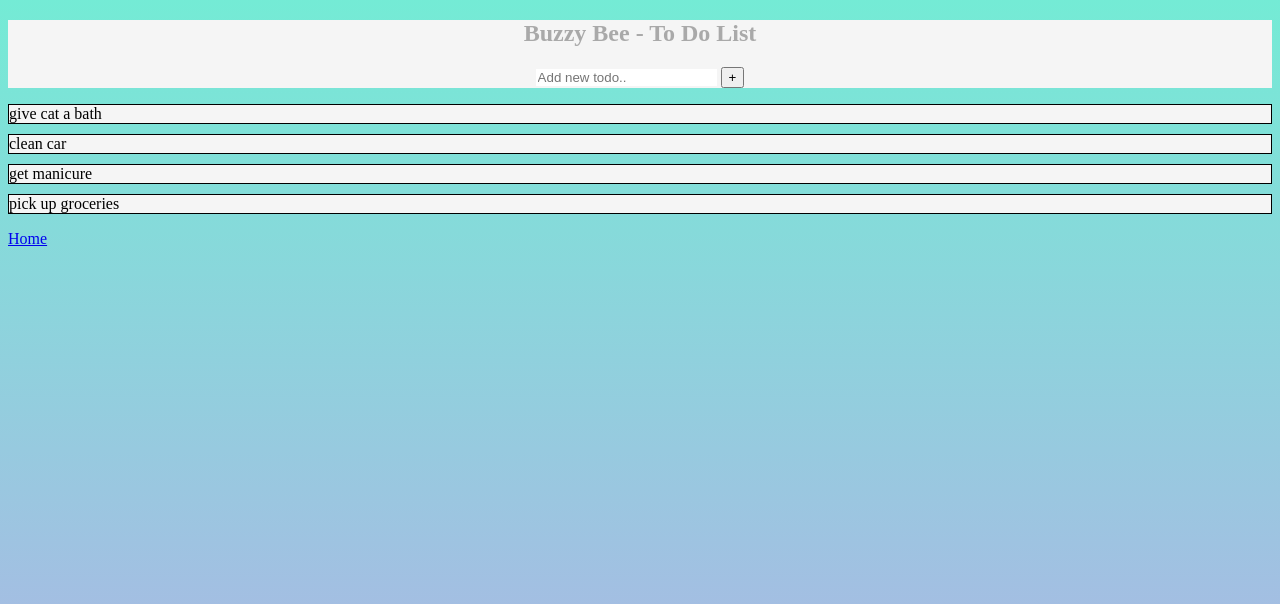
Repository: seleniadelgado/backend-spring2020-angie
Page: projects/todo/public_html/index.html
These files come from the project's save history. The page is drawn as it stood at one moment and after the next save; the edit follows.
The browser window is 1280 px wide. The pictures show the whole page.
The page's requests for data from a server got no answer.

Above is the page before, as saved 2020-05-12 16:04:59.

### projects/todo/public_html/index.html
<!DOCTYPE html>

<html lang="en">
    <head>
        <meta charset="utf-8">
        <title>Buzzy Bee - To Do List</title>
        <meta name="description" content="The HTML5 Herald">
        <meta name="author" content="SitePoint">
        <link rel="stylesheet" href="styles.css">
        <script
            src="https://code.jquery.com/jquery-3.5.0.min.js"
            integrity="sha256-xNzN2a4ltkB44Mc/Jz3pT4iU1cmeR0FkXs4pru/JxaQ="
            crossorigin="anonymous">
        </script>
</head>
<body>
    <div class="sectionTitle">
        <div class="appTitle">
            <h2>Buzzy Bee - To Do List</h2>
        </div>
        <div id="addNote">
            <input type="text" id="newNote" placeholder="Add new todo..">
            <button class="addBtn">+</button>
        </div>
    </div>

    <ul id="myList">
        <li>give cat a bath</li>
        <li>clean car</li>
        <li>get manicure</li>
        <li>pick up groceries</li>
    </ul>





















    <a href="http://localhost:3000/">Home</a>



    <script>
        $(document).ready(() => {
            let objectToSend = {
                note: "Do somethings",
                author: "Nick"
            }

            $.post("http://localhost:3000/newNote", objectToSend, (dataToGet) => {
                console.log(dataToGet);
            });
            $.post("http://localhost:3000/readNotes", {}, (dataToGet) => {
                let allNotesArray = dataToGet.notes;

                console.log(allNotesArray);
            })
        })

        //import the data from default user
        // make JSON into JS with parse.
        //with the list we want to populate our ul.
        //use jquery to access the dom, grab the string
        //loop over notes
        //add the note as an li to the ul
        //  Create li with jquery.
        //  target the ul with jquery and append the li.
        //note: $('<li></li>'')
        //      $('ul') -> a jquery list which holds the ul.
        //      get 1st element from the array

    </script>
</body>
</html>

### projects/todo/public_html/styles.css
html {
    background: linear-gradient(#74ebd5, #ACB6E5);
    height: 100%;
}

.sectionTitle {
    background-color: whitesmoke;
    text-align: center;
}

.appTitle {
    color: darkgray;
}
#addNote #newNote {
    border: none;
}
#myList {
    list-style: none;
    padding: 0;

}
#myList li {
    border: solid black 1px;
    margin-bottom: 10px;
    background-color: whitesmoke;
}

After the next save:
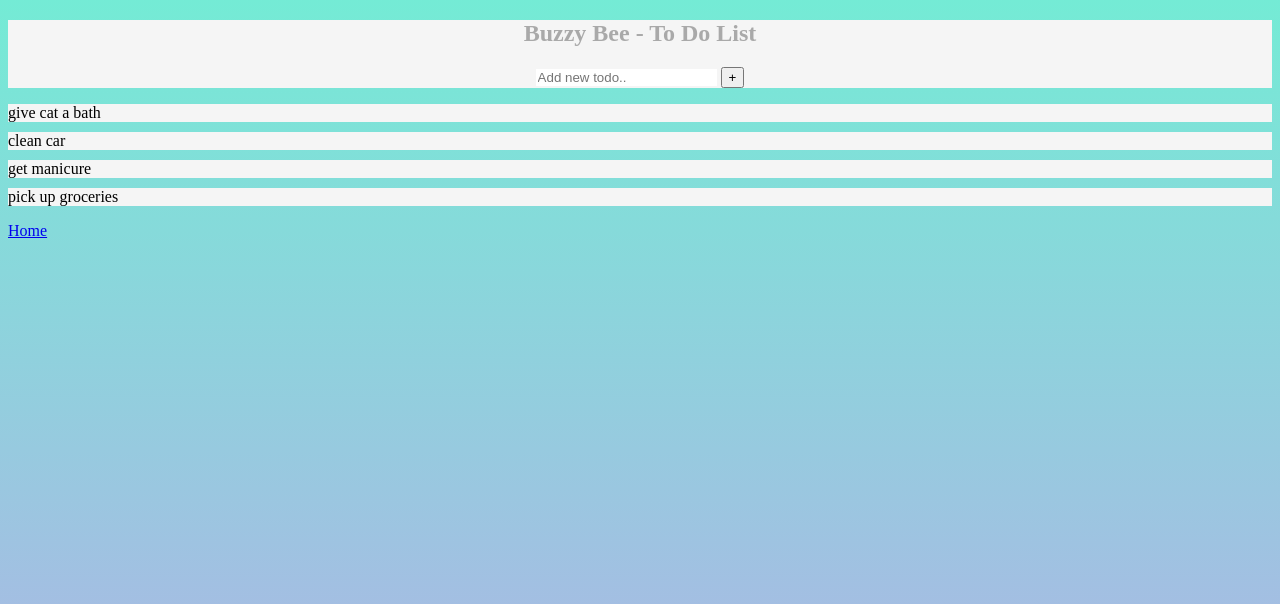
Saved 74 s later.
--- a/projects/todo/public_html/styles.css
+++ b/projects/todo/public_html/styles.css
@@ -20,7 +20,6 @@ html {
 
 }
 #myList li {
-    border: solid black 1px;
     margin-bottom: 10px;
     background-color: whitesmoke;
 }
